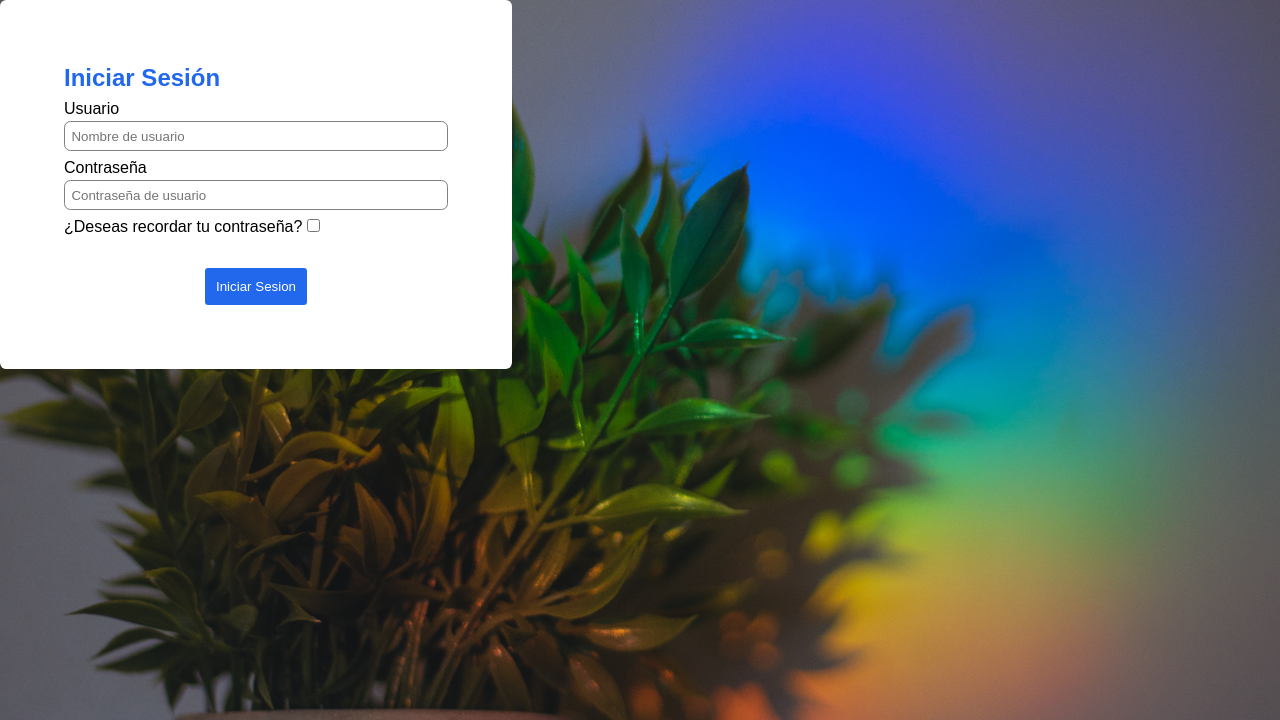
Repository: TzMichaelYT/ModuloHTMLCSS
Page: formularioHTML/index.html
These files come from the project's save history. The page is drawn as it stood at one moment and after the next save; the edit follows.
The browser window is 1280 px wide. The pictures show the whole page.

Above is the page before, as saved 2021-07-14 20:58:35.

After the next save:
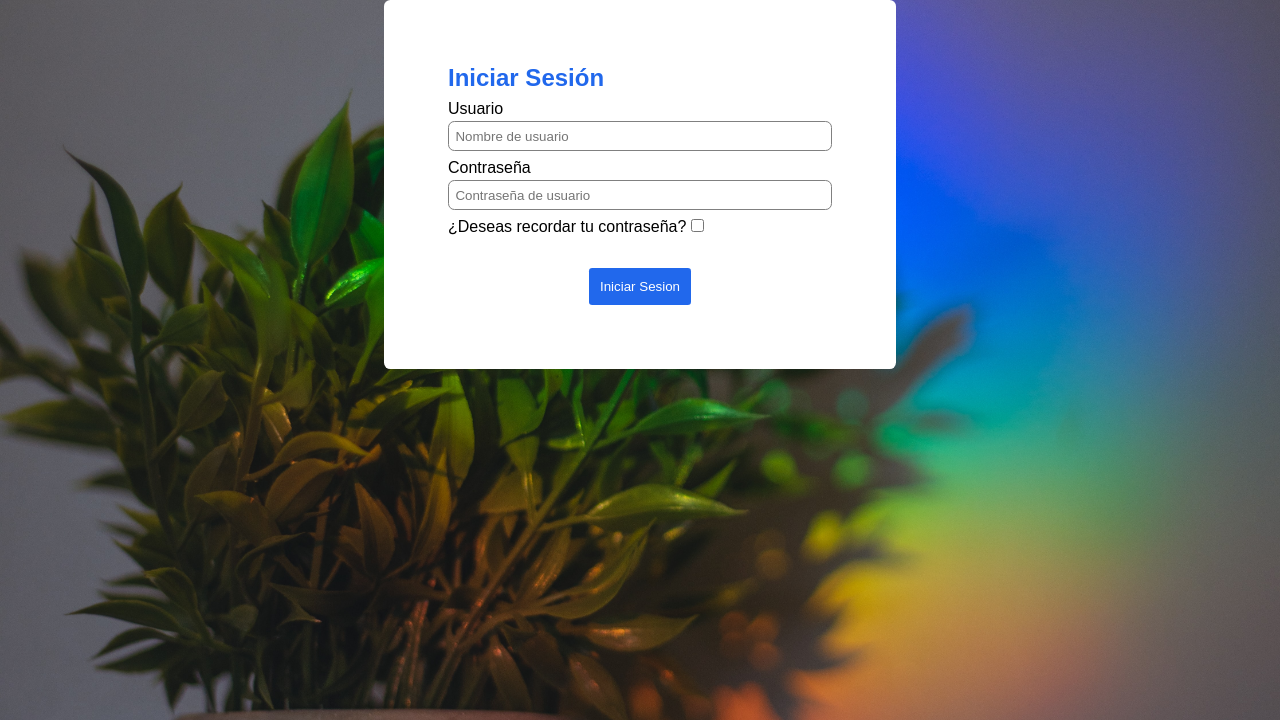
Saved 52 s later.
--- a/formularioHTML/styles/styles.css
+++ b/formularioHTML/styles/styles.css
@@ -71,6 +71,8 @@
     padding: 1rem;
 }
 
-
-
 /*Alineacion Formulario*/
+.screen-form {
+    display: flex;
+    justify-content: center;
+}
